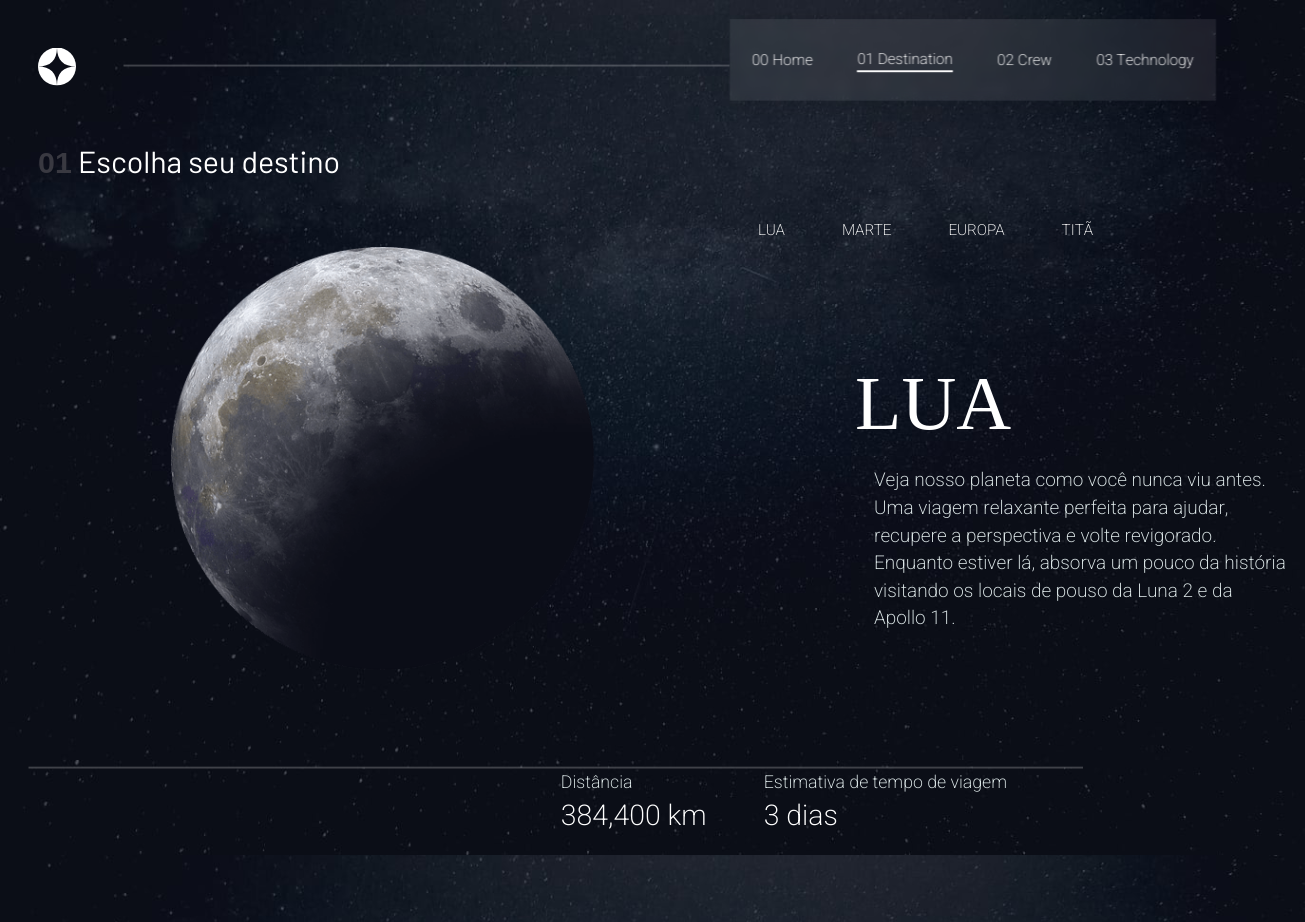
Repository: Leonngc/space-site
Page: space-tourism-website-main/space-tourism-website-main/starter-code/destination-moon.html
The author's editor kept a copy of each file at every save. The page is drawn from the files as they stood at one save, then again after the next save.
The browser window is 1280 px wide. The page is 1374 px wide, so the pictures cover 1374 px, including what lies to the right of the window. The pictures show the whole page, at 95% of full size.

Above is the page before, as saved 2023-04-30 00:45:39.

After the next save:
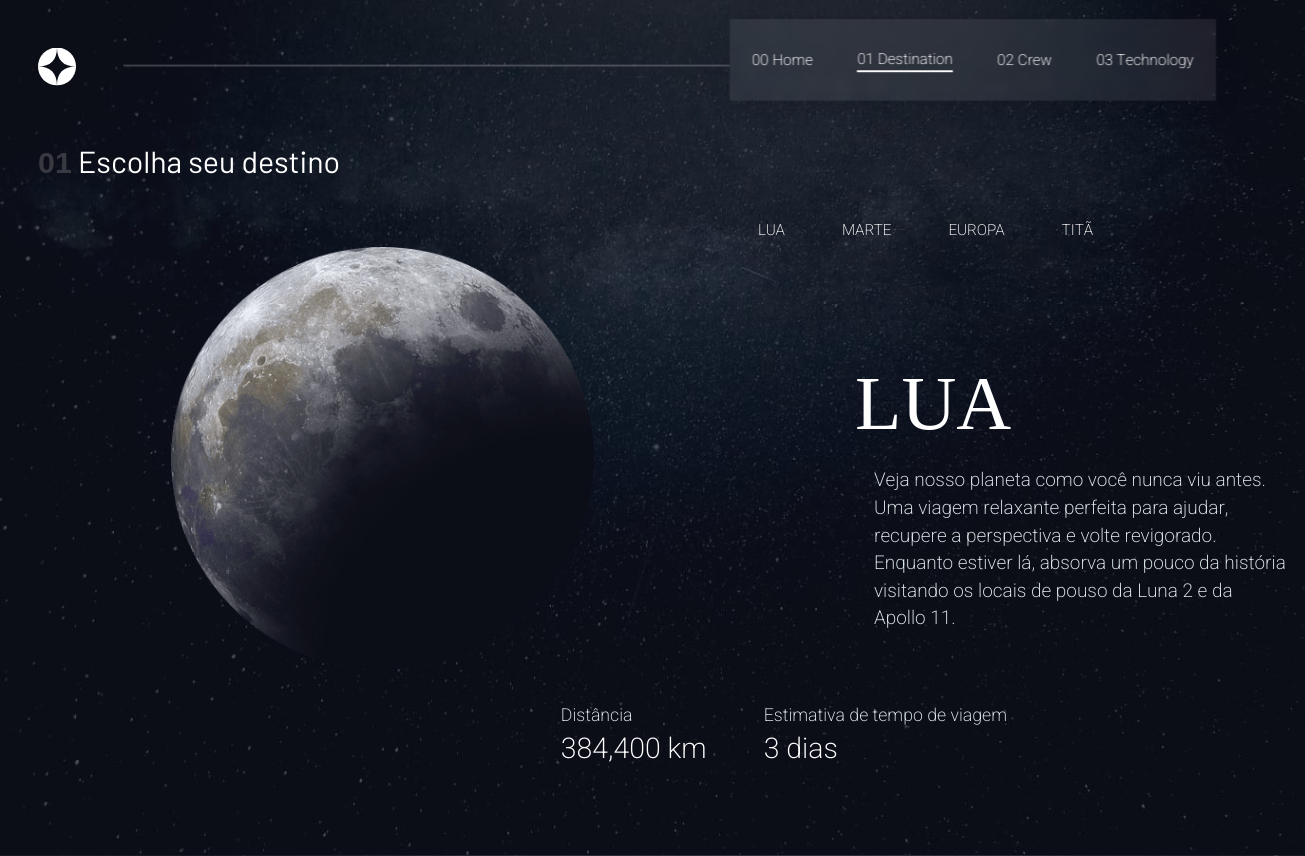
Saved 5 s later.
--- a/space-tourism-website-main/space-tourism-website-main/starter-code/destination-moon.html
+++ b/space-tourism-website-main/space-tourism-website-main/starter-code/destination-moon.html
@@ -51,7 +51,6 @@
         </p>
       </div>
     </div>
-<div class="line"></div>
    <div class="travel-container">
      <div class="info-travel">
        <h3>Distância</h3>
